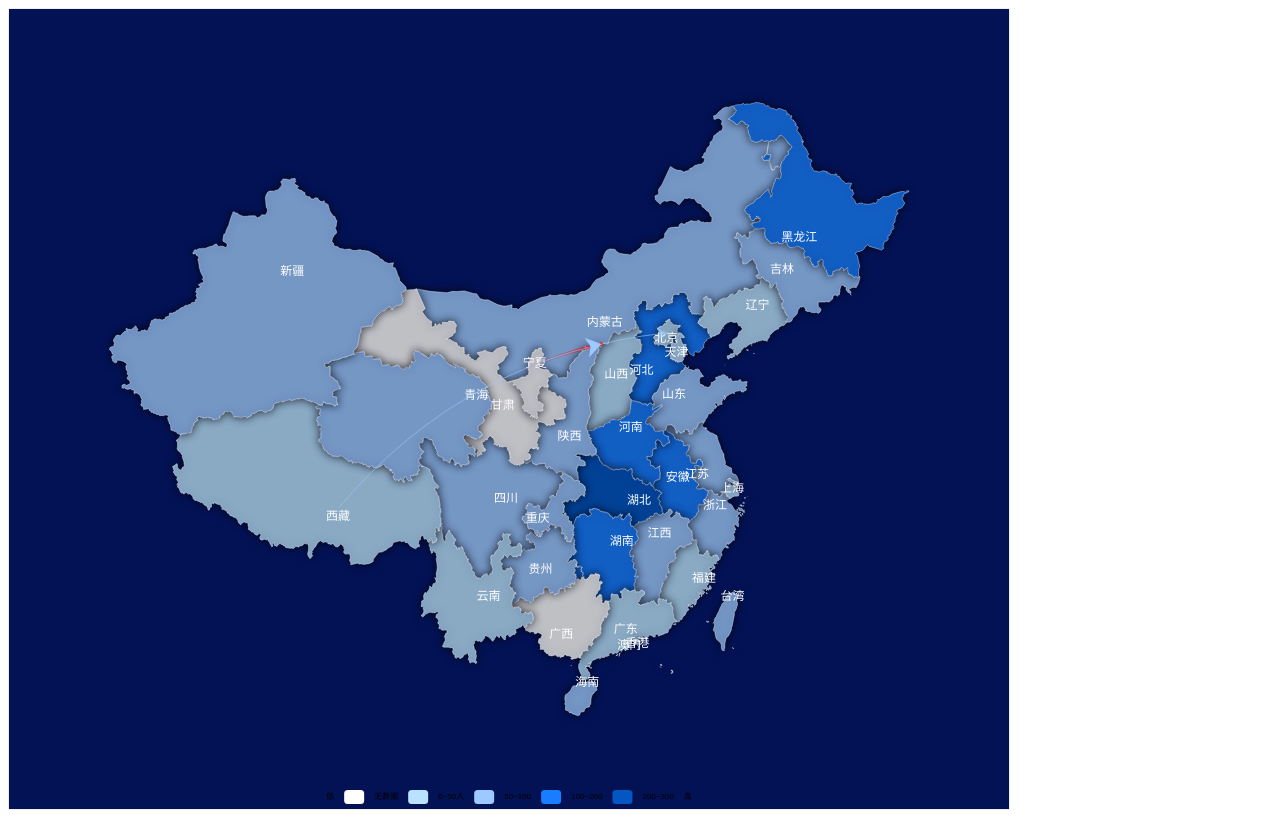
Repository: 572031690/echartssimple
Page: 21.地图常见效果_地图和散点图结合.html
An editor plug-in stored every save of this project. The page is shown before and after the next save, followed by the edit.
The browser window is 1280 px wide. The pictures show the whole page.

Above is the page before, as saved 2021-08-11 14:53:16.

### 21.地图常见效果_地图和散点图结合.html
<!DOCTYPE html>
<html lang="en">

<head>
  <meta charset="UTF-8">
  <meta name="viewport" content="width=device-width, initial-scale=1.0">
  <meta http-equiv="X-UA-Compatible" content="ie=edge">
  <title>Document</title>
  <script src="lib/echarts.min.js"></script>
  <script src="lib/jquery.min.js"></script>
</head>

<body>
  <div style="width: 1000px;height:800px;background-color:#031255;border: 1px solid #eee;"></div>

  <script>
    //1. 给series下增加一个新的对象
    //2. 准备数据散点数据  , 配置给series下的另外一个对象
    //3. 配置series下的新对象的type值为effectScatter
    //4. 指明散点图的坐标系统为geo
    //5. 调整涟漪动画效果
    var airData = [
      { name: '北京', value: 39.92,count: 35 },
      { name: '天津', value: 39.13,count: 35 },
      { name: '上海', value: 31.22,count: 35 },
      { name: '重庆', value: 66,count: 35 },
      { name: '河北', value: 147,count: 35 },
      { name: '河南', value: 113,count: 35 },
      { name: '云南', value: 25.04,count: 35 },
      { name: '辽宁', value: 50,count: 35 },
      { name: '黑龙江', value: 114,count: 35 },
      { name: '湖南', value: 175,count: 35 },
      { name: '安徽', value: 117,count: 35 },
      { name: '山东', value: 92,count: 35 },
      { name: '新疆', value: 84,count: 35 },
      { name: '江苏', value: 67,count: 35 },
      { name: '浙江', value: 84,count: 35 },
      { name: '江西', value: 96,count: 35 },
      { name: '湖北', value: 273,count: 35 },
      { name: '广西', value: 0,count: 35 },
      { name: '甘肃', value: 0,count: 35 },
      { name: '山西', value: 39,count: 35 },
      { name: '内蒙古', value: 58,count: 35 },
      { name: '陕西', value: 61,count: 35 },
      { name: '吉林', value: 51,count: 35 },
      { name: '福建', value: 29,count: 35 },
      { name: '贵州', value: 71,count: 35 },
      { name: '广东', value: 38,count: 35 },
      { name: '青海', value: 57,count: 35 },
      { name: '西藏', value: 24 ,count: 35},
      { name: '四川', value: 58,count: 35 },
      { name: '宁夏', value: 0 ,count: 35},
      { name: '海南', value: 54,count: 35 },
      { name: '台湾', value: 88,count: 35 },
      { name: '香港', value: 66,count: 35 },
      { name: '澳门', value: 77,count: 35 },
      { name: '南海诸岛', value: 55 ,count: 35}
    ]
    var scatterData = [
      {
        value: [120.213042, 29.86119]
      }
    ]
    var mCharts = echarts.init(document.querySelector("div"))
    $.get('json/map/china.json', function (ret) {
      // ret 就是中国的各个省份的矢量地图数据
      console.log(ret)
      echarts.registerMap('chinaMap', ret)
      var option = {
        tooltip: {//鼠标一上去的信息框
          trigger: 'item'
        },
        geo: {
          type: 'map',
          map: 'chinaMap', // chinaMap需要和registerMap中的第一个参数保持一致
          roam: true, // 设置允许缩放以及拖动的效果
          label: {
            show: true, // 展示标签
            textStyle: {
              fontSize: 12,
              textWeight:900,
              color: 'white'
            }
          },
          itemStyle: {
            normal: {
              areaColor: '#416cbb',//地图区域的颜色。
              borderColor: '#fff',//图形的描边颜色。支持的颜色格式同 color，不支持回调函数。
              shadowColor: 'black',//阴影颜色。#41587f
              shadowBlur: 8,//图形阴影的模糊大小。
              opacity: 0.75//图形透明度
            },
            emphasis: {
              areaColor: '#fdd145',
            }
          }
        },
        series: [
          {
            data: airData,
            geoIndex: 0, // 将空气质量的数据和第0个geo配置关联在一起
            type: 'map',
            tooltip: {
              textStyle: {
                fontSize:10,
              },
              // 利用formatter来自定义tooltip展示的数据
              formatter: function (params,ticket,callback) {
                if (params.value) {
                  return params.name+'<br/>成交量：' + params.value + '单<br/>' + '平均标签价格：' + airData[params.dataIndex].count + '元<br/>'
                } else {
                    callback()
                }
              }
            }
          },
          {
                        name: " 杭州 Top3",
                        type: "lines",
                        zlevel: 1,
                        effect: {
                            show: true,
                            period: 6,
                            trailLength: 0.7,
                            color: "red", //arrow箭头的颜色
                            symbolSize: 3
                        },
                        lineStyle: {
                            normal: {
                                color: '#a6c84c',
                                width: 0,
                                curveness: 0.2
                            }
                        },
                        data: [{coords:[[91.1865, 30.1465],[116.4551, 40.2539]],fromName:"拉萨",toName:"北京",value:100}]
                    },
                    {
                        name: " 杭州 Top3",
                        type: "lines",
                        zlevel: 2,
                        symbol: ["none", "arrow"],
                        symbolSize: 10,
                        effect: {
                            show: true,
                            period: 6,
                            trailLength: 0,
                            symbol: 'arrow',
                            symbolSize: 15
                        },
                        lineStyle: {
                            normal: {
                                color: '#a6c84c',
                                width: 1,
                                opacity: 0.6,
                                curveness: 0.2
                            }
                        },
                        data: [{coords:[[91.1865, 30.1465],[116.4551, 40.2539]],fromName:"拉萨",toName:"北京",value:100}]
                    },
                    {
                        name: " 杭州 Top3",
                        type: "effectScatter",
                        coordinateSystem: "geo",
                        zlevel: 2,
                        rippleEffect: {
                            brushType: "stroke"
                        },
                        label: {
                            normal: {
                                show: true,
                                position: "right",
                                formatter: "{b}"
                            }
                        },
                        symbolSize: function (val) {
                            return val[2] / 8;
                        },
                        itemStyle: {
                            normal: {
                                color: '#a6c84c'
                            },
                            emphasis: {
                                areaColor: "#2B91B7"
                            }
                        },
                        data: [{name:'北京', value:100}]
                        // item[1].map(function (dataItem) {
                        //     return {
                        //         name: dataItem[1].name,
                        //         value: geoCoordMap[dataItem[1].name].concat([dataItem[1].value])
                        //     };
                        // })
                    }
          // {
          //   data: scatterData, // 配置散点的坐标数据
          //   type: 'effectScatter',
          //   coordinateSystem: 'geo', // 指明散点使用的坐标系统  geo的坐标系统
          //   rippleEffect: {
          //     scale: 6 // 设置涟漪动画的缩放比例
          //   },
          //   tooltip: {
          //     textStyle: {
          //       fontSize:10,
          //     },
          //     // 利用formatter来自定义tooltip展示的数据
          //     formatter: function (params,ticket,callback) {
          //       console.log(params);
          //       return '公司总部：杭州钢材科技公司'
          //     }
          //   }
          // }
        ],
        visualMap: {
          // type: 'continuous',
          type: 'piecewise',
          min: 0,
          max: 300,
          text: ['高', '低'],//两端的文本，如 ['High', 'Low']
          showLabel:true,           //是否显示每项的文本标签
          orient:"horizontal",     //图例排列方向 水平horizontal 垂直vertical
          left:"center",
          indicatorStyle: {
            borderColor:'red',
            borderWidth: 1,
          },
          textStyle: {//设置文字颜色（Demo左下组件）
            color: 'black',
            fontSize:8
          },
          // inRange: {
          //   color: ['#B8E2FF','#9DC9FF','#6CADFF','#187EFF', '#0357C2'] // 控制颜色渐变的范围
          // },

          pieces: [
          // 自定义『分段式视觉映射组件（visualMapPiecewise）』的每一段的范围，以及每一段的文字，以及每一段的特别的样式
            { gt: 200, lte: 300, label: "200~300", color: "#0357C2" }, // (500, 900]
            { gt: 100, lte: 200, label: "100~200", color: "#187EFF" }, // (310, 500]
            { gt: 50, lte: 100, label: "50~100", color: "#9DC9FF" }, // (200, 300]
            { gt: 0, lte: 50, label: "0~50人", color: "#B8E2FF" }, // (10, 200]
            { value:0, label: "无数据", color: "#fff" } // [0]
          ],

          // calculable: true // 出现滑块
        }
      }
      mCharts.setOption(option)
    })

  </script>
</body>

</html>

Loaded but not shown: lib/echarts.min.js (library); lib/jquery.min.js (library); json/map/china.json (common file)

After the next save:
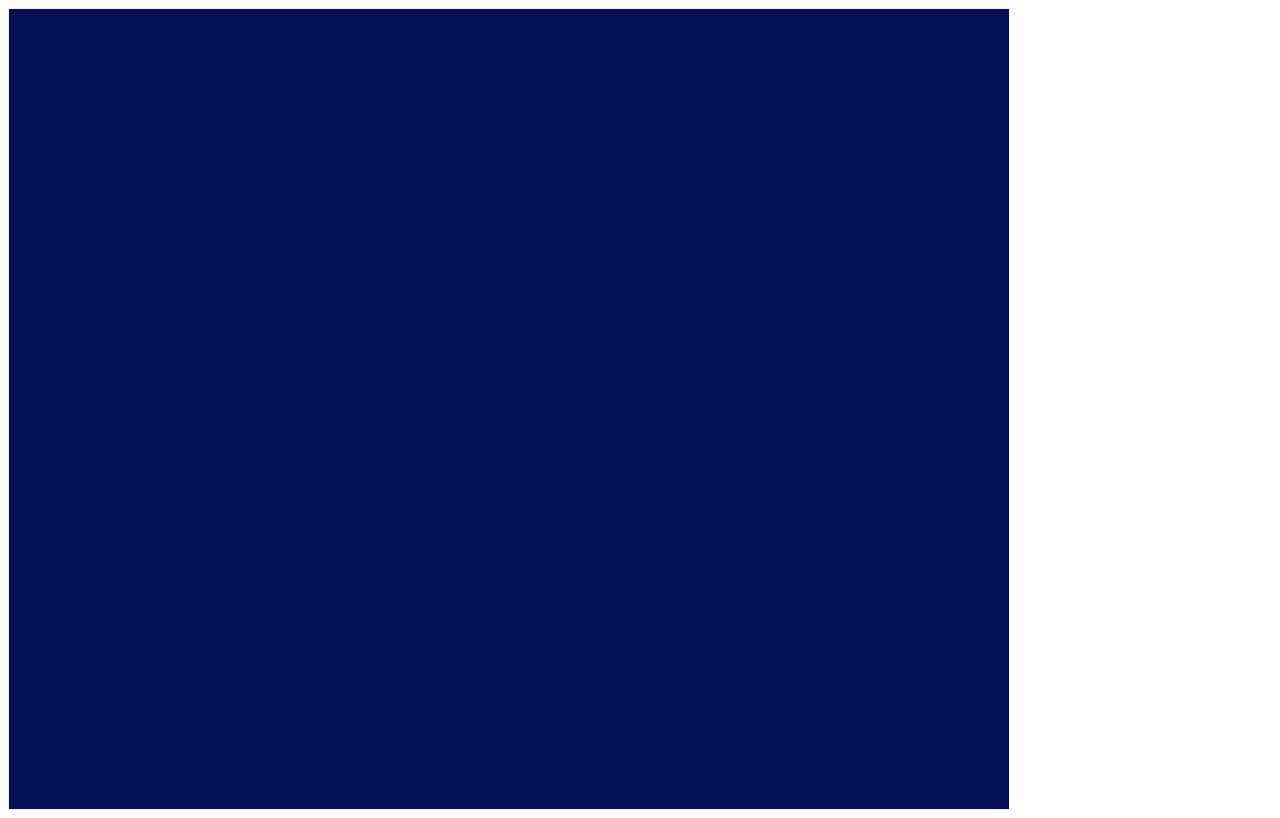
Console error: SyntaxError: Unexpected number
Saved 18 s later.
--- a/21.地图常见效果_地图和散点图结合.html
+++ b/21.地图常见效果_地图和散点图结合.html
@@ -183,7 +183,7 @@
                                 areaColor: "#2B91B7"
                             }
                         },
-                        data: [{name:'北京', value:100}]
+                        data: [{name:'北京', value:116.4551,40.2539,100}]
                         // item[1].map(function (dataItem) {
                         //     return {
                         //         name: dataItem[1].name,

After the 2 saves that followed:
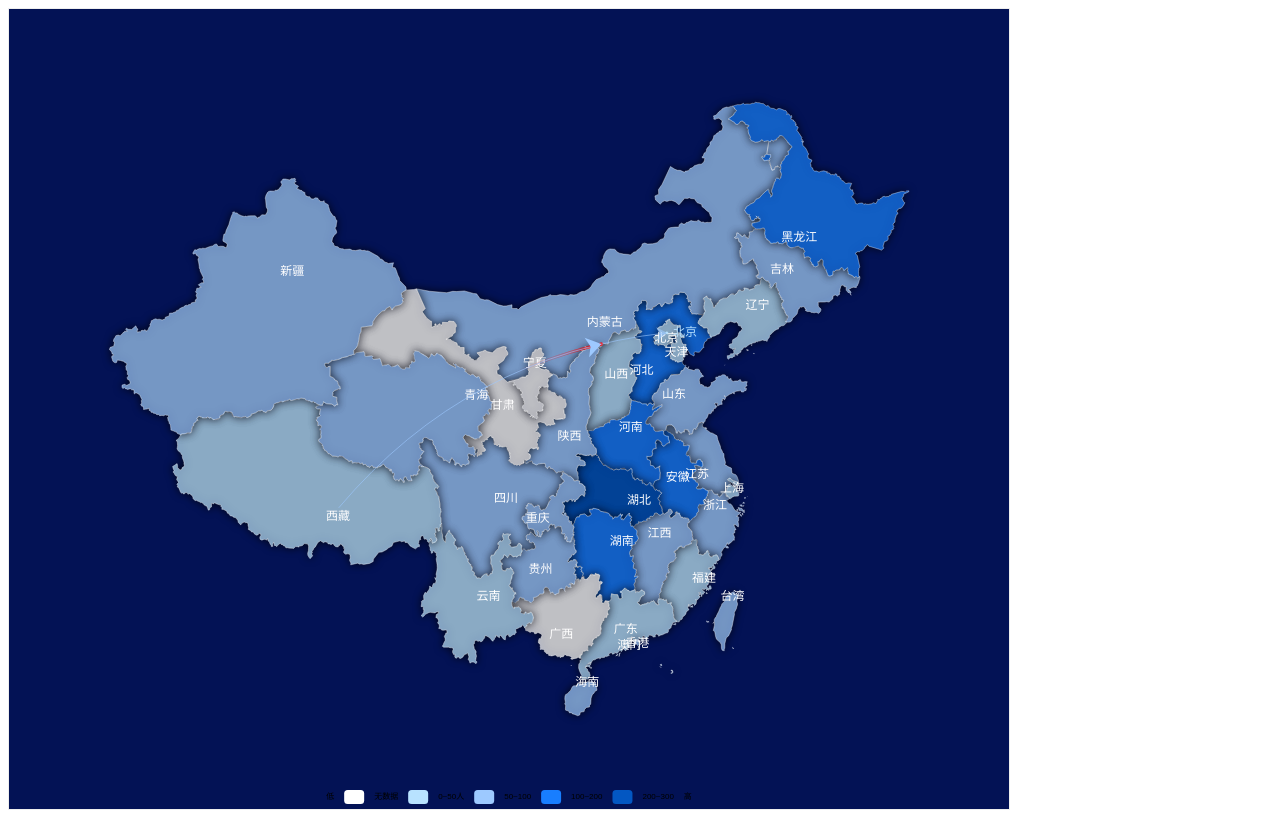
The error is gone.
The 2 saves are shown as one change because 1 left the picture as it was.
The last was saved 64 s later.
--- a/21.地图常见效果_地图和散点图结合.html
+++ b/21.地图常见效果_地图和散点图结合.html
@@ -183,7 +183,7 @@
                                 areaColor: "#2B91B7"
                             }
                         },
-                        data: [{name:'北京', value:116.4551,40.2539,100}]
+                        data: [{name:'北京', value:[116.4551,40.2539]}]
                         // item[1].map(function (dataItem) {
                         //     return {
                         //         name: dataItem[1].name,
